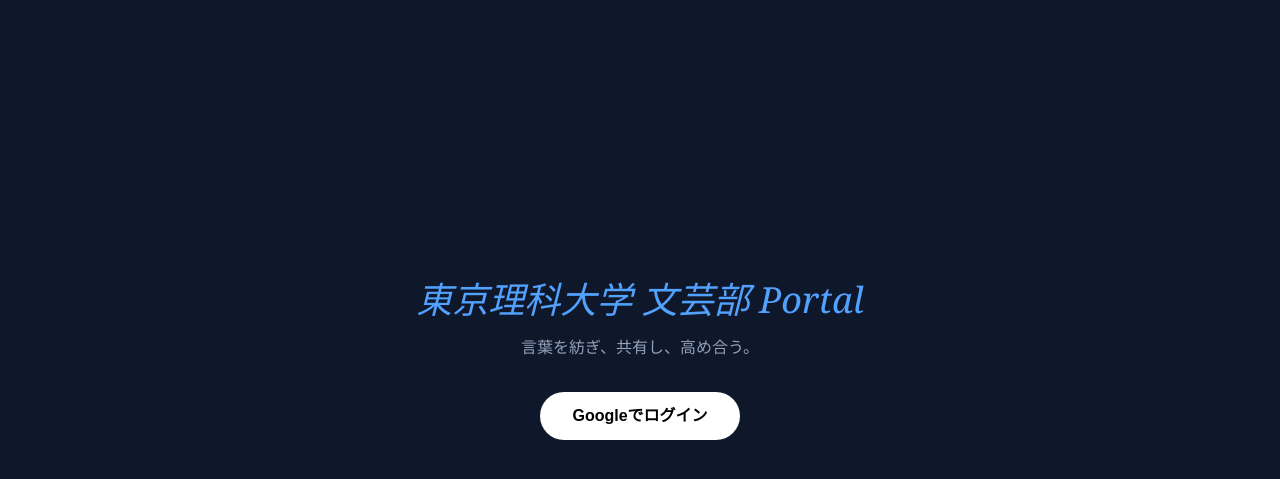
Repository: P-man2976/Literary-club-app
Page: /
An editor plug-in stored every save of this project. The page is shown before and after the next save, followed by the edit.
The browser window is 1280 px wide. The pictures show the whole page.
The page's requests for data from a server got no answer. The project was rebuilt for these pictures with package versions that can differ from the ones it lists, and the page was loaded fresh each time. The framework's server and built-in components were replaced by stand-ins that run in the browser. No one was signed in, and anything a server would have sent is missing. Also part of the build but not shown: next.config.ts.

Above is the page before, as saved 2026-01-31 12:23:35.

After the next save:
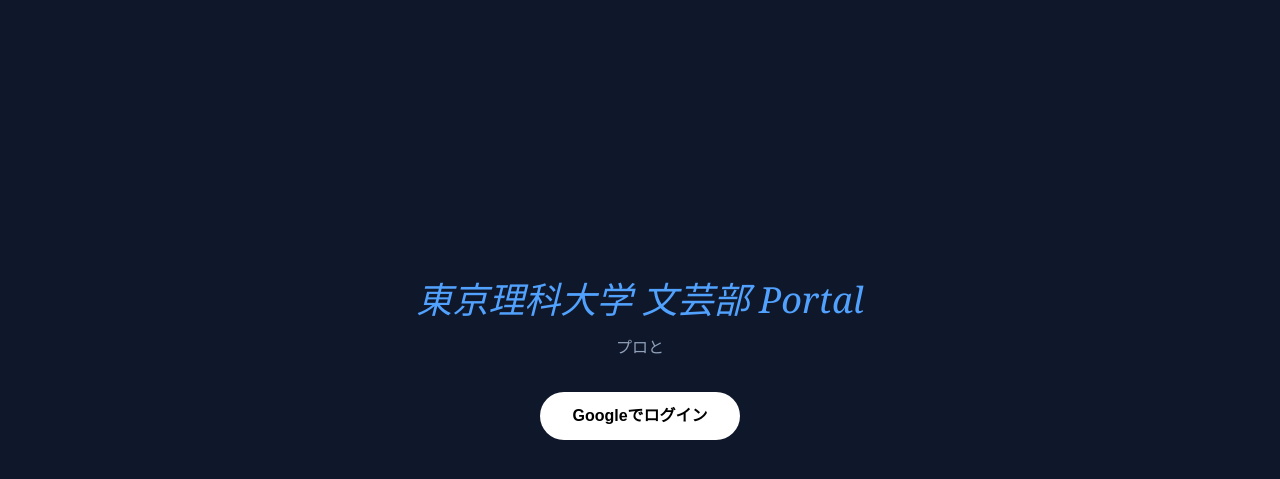
Saved 11 s later.
--- a/app/page.tsx
+++ b/app/page.tsx
@@ -98,7 +98,7 @@
       <main className="min-h-screen bg-slate-900 text-white flex flex-col items-center justify-center p-6">
         <h1 className="text-4xl font-serif mb-4 italic text-blue-400">東京理科大学 文芸部 Portal</h1>
         <p className="text-slate-400 mb-8 text-center max-w-sm">
-          言葉を紡ぎ、共有し、高め合う。
+          プロと
         </p>
         <button
           onClick={() => signIn("google")}
